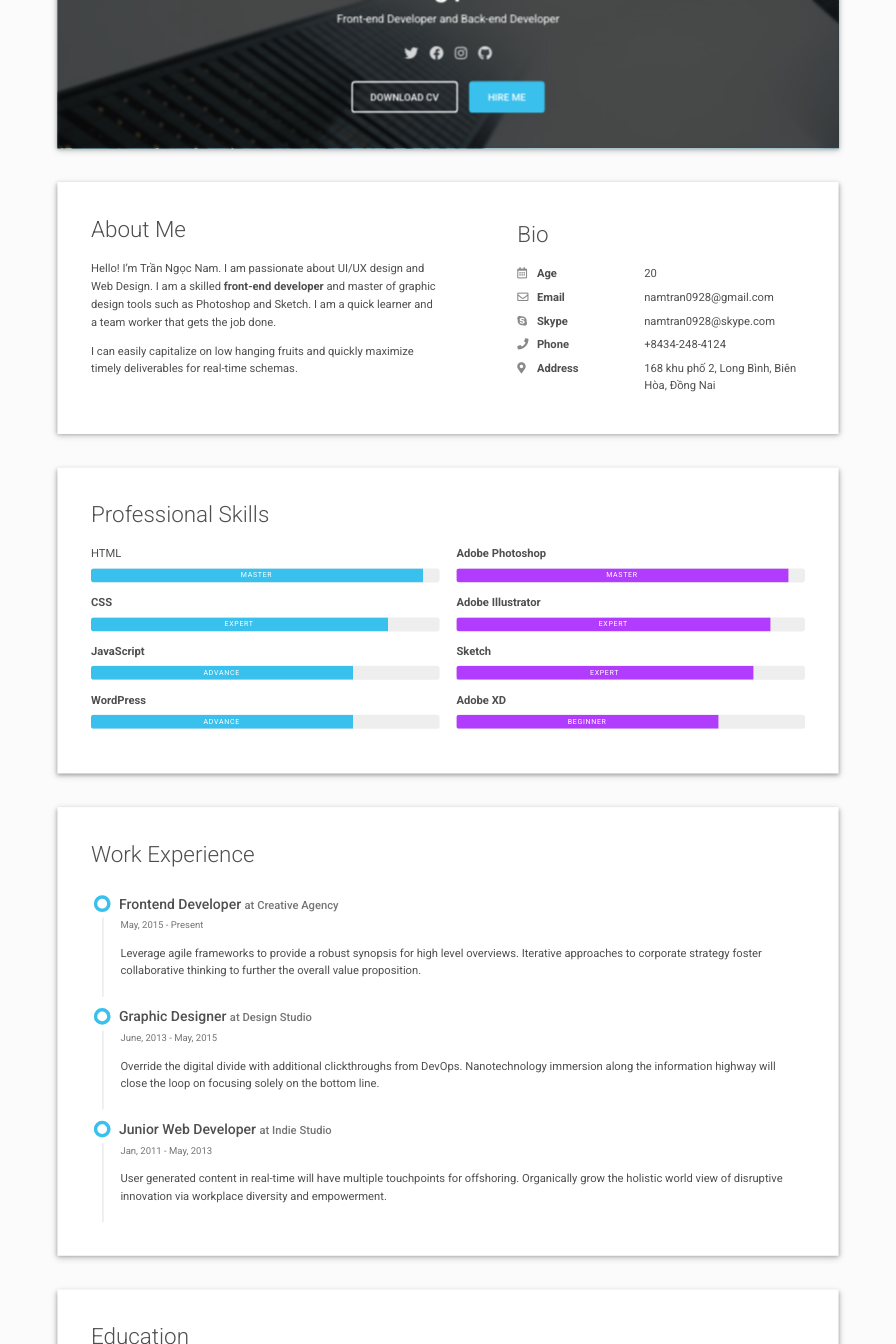
Repository: Namtran3107/CV
Page: index.html
The author's editor kept a copy of each file at every save. The page is drawn from the files as they stood at one save, then again after the next save.
The browser window is 1280 px wide. The pictures show the part of the page from y = 400 to 2320 px (the page is 5347 px tall), at 70% of full size.

Above is the page before, as saved 2023-03-05 20:44:39.

### index.html
<!DOCTYPE html>
<html lang="en-US">
  <head>
    <meta charset="UTF-8">
    <meta http-equiv="X-UA-Compatible" content="IE=edge">
    <meta name="viewport" content="width=device-width, initial-scale=1">
    <title>Material Resume</title>
    <link rel="preconnect" href="https://fonts.gstatic.com" crossorigin="crossorigin"/>
    <link rel="preload" as="style" href="https://fonts.googleapis.com/css2?family=Poppins:wght@600&amp;family=Roboto:wght@300;400;500;700&amp;display=swap"/>
    <link rel="stylesheet" href="https://fonts.googleapis.com/css2?family=Poppins:wght@600&amp;family=Roboto:wght@300;400;500;700&amp;display=swap" media="print" onload="this.media='all'"/>
    <noscript>
      <link rel="stylesheet" href="https://fonts.googleapis.com/css2?family=Poppins:wght@600&amp;family=Roboto:wght@300;400;500;700&amp;display=swap"/>
    </noscript>
    <link href="css/font-awesome/css/all.min.css?ver=1.2.1" rel="stylesheet">
    <link href="css/mdb.min.css?ver=1.2.1" rel="stylesheet">
    <link href="css/aos.css?ver=1.2.1" rel="stylesheet">
    <link href="css/main.css?ver=1.2.1" rel="stylesheet">
    <noscript>
      <style type="text/css">
        [data-aos] {
            opacity: 1 !important;
            transform: translate(0) scale(1) !important;
        }
      </style>
    </noscript>
  </head>
  <body class="bg-light" id="top">
    <header class="d-print-none">
      <div class="container text-center text-lg-left">
        <div class="pt-4 clearfix">
          <h1 class="site-title mb-0">Walter Patterson</h1>
          <div class="site-nav">
            <nav role="navigation">
              <ul class="nav justify-content-center">
                <li class="nav-item"><a class="nav-link" href="#about" title="About"><span class="menu-title">About</span></a>
                </li>
                <li class="nav-item"><a class="nav-link" href="#skills" title="Skills"><span class="menu-title">Skills</span></a>
                </li>
                <li class="nav-item"><a class="nav-link" href="#experience" title="Experience"><span class="menu-title">Experience</span></a>
                </li>
                <li class="nav-item"><a class="nav-link" href="#education" title="Education"><span class="menu-title">Education</span></a>
                </li>
                <li class="nav-item"><a class="nav-link" href="#portfolio" title="Portfolio"><span class="menu-title">Portfolio</span></a>
                </li>
                <li class="nav-item"><a class="nav-link" href="#references" title="References"><span class="menu-title">References</span></a>
                </li>
                <li class="nav-item"><a class="nav-link" href="#contact" title="Contact"><span class="menu-title">Contact</span></a>
                </li>
              </ul>
            </nav>
          </div>
        </div>
      </div>
    </header>
    <div class="page-content">
      <div class="container">
<div class="resume-container">
  <div class="shadow-1-strong bg-white my-5" id="intro">
    <div class="bg-info text-white">
      <div class="cover bg-image"><img src="images/header-background.jpg"/>
        <div class="mask" style="background-color: rgba(0, 0, 0, 0.7);backdrop-filter: blur(2px);">
          <div class="text-center p-5">
            <div class="avatar p-1"><img class="img-thumbnail shadow-2-strong" src="./images/IMG_2092.JPG" width="160" height="160"/></div>
            <div class="header-bio mt-3">
              <div data-aos="zoom-in" data-aos-delay="0">
                <h2 class="h1">Trần Ngọc Nam</h2>
                <p>Front-end Developer and Back-end Developer</p>
              </div>
              <div class="header-social mb-3 d-print-none" data-aos="zoom-in" data-aos-delay="200">
                <nav role="navigation">
                  <ul class="nav justify-content-center">
                    <li class="nav-item"><a class="nav-link" href="https://twitter.com/templateflip" title="Twitter"><i class="fab fa-twitter"></i><span class="menu-title sr-only">Twitter</span></a>
                    </li>
                    <li class="nav-item"><a class="nav-link" href="https://www.facebook.com/templateflip" title="Facebook"><i class="fab fa-facebook"></i><span class="menu-title sr-only">Facebook</span></a>
                    </li>
                    <li class="nav-item"><a class="nav-link" href="https://www.instagram.com/templateflip" title="Instagram"><i class="fab fa-instagram"></i><span class="menu-title sr-only">Instagram</span></a>
                    </li>
                    <li class="nav-item"><a class="nav-link" href="https://github.com/templateflip" title="Github"><i class="fab fa-github"></i><span class="menu-title sr-only">Github</span></a>
                    </li>
                  </ul>
                </nav>
              </div>
              <div class="d-print-none"><a class="btn btn-outline-light btn-lg shadow-sm mt-1 me-3" href="material-resume.pdf" data-aos="fade-right" data-aos-delay="700">Download CV</a><a class="btn btn-info btn-lg shadow-sm mt-1" href="#contact" data-aos="fade-left" data-aos-delay="700">Hire Me</a></div>
            </div>
          </div>
        </div>
      </div>
    </div>
  </div>
  <div class="shadow-1-strong bg-white my-5 p-5" id="about">
    <div class="about-section">
      <div class="row">
        <div class="col-md-6">
          <h2 class="h2 fw-light mb-4">About Me</h2>
          <p>Hello! I’m Trần Ngọc Nam. I am passionate about UI/UX design and Web Design. I am a skilled <strong>front-end developer</strong> and master of graphic design tools such as Photoshop and Sketch. I am a quick learner and a team worker that gets the job done.</p>
          <p>I can easily capitalize on low hanging fruits and quickly maximize timely deliverables for real-time schemas.</p>
        </div>
        <div class="col-md-5 offset-lg-1">
          <div class="row mt-2">
            <h2 class="h2 fw-light mb-4">Bio</h2>
            <div class="col-sm-5">
              <div class="pb-2 fw-bolder"><i class="far fa-calendar-alt pe-2 text-muted" style="width:24px;opacity:0.85;"></i> Age</div>
            </div>
            <div class="col-sm-7">
              <div class="pb-2">20</div>
            </div>
            <div class="col-sm-5">
              <div class="pb-2 fw-bolder"><i class="far fa-envelope pe-2 text-muted" style="width:24px;opacity:0.85;"></i> Email</div>
            </div>
            <div class="col-sm-7">
              <div class="pb-2">namtran0928@gmail.com</div>
            </div>
            <div class="col-sm-5">
              <div class="pb-2 fw-bolder"><i class="fab fa-skype pe-2 text-muted" style="width:24px;opacity:0.85;"></i> Skype</div>
            </div>
            <div class="col-sm-7">
              <div class="pb-2">namtran0928@skype.com</div>
            </div>
            <div class="col-sm-5">
              <div class="pb-2 fw-bolder"><i class="fas fa-phone pe-2 text-muted" style="width:24px;opacity:0.85;"></i> Phone</div>
            </div>
            <div class="col-sm-7">
              <div class="pb-2">+8434-248-4124</div>
            </div>
            <div class="col-sm-5">
              <div class="pb-2 fw-bolder"><i class="fas fa-map-marker-alt pe-2 text-muted" style="width:24px;opacity:0.85;"></i> Address</div>
            </div>
            <div class="col-sm-7">
              <div class="pb-2">168 khu phố 2, Long Bình, Biên Hòa, Đồng Nai</div>
            </div>
          </div>
        </div>
      </div>
    </div>
  </div>
  <div class="shadow-1-strong bg-white my-5 p-5" id="skills">
    <div class="skills-section">
      <h2 class="h2 fw-light mb-4">Professional Skills</h2>
      <div class="row">
        <div class="col-md-6">
          <div class="mb-3"><span class="Node-js">HTML</span>
            <div class="progress my-2 rounded" style="height: 20px">
              <div class="progress-bar bg-info" role="progressbar" data-aos="zoom-in-right" data-aos-delay="100" data-aos-anchor=".skills-section" style="width: 95%;" aria-valuenow="95" aria-valuemin="0" aria-valuemax="100">Master</div>
            </div>
          </div>
          <div class="mb-3"><span class="fw-bolder">CSS</span>
            <div class="progress my-2 rounded" style="height: 20px">
              <div class="progress-bar bg-info" role="progressbar" data-aos="zoom-in-right" data-aos-delay="200" data-aos-anchor=".skills-section" style="width: 85%" aria-valuenow="85" aria-valuemin="0" aria-valuemax="100">Expert</div>
            </div>
          </div>
          <div class="mb-3"><span class="fw-bolder">JavaScript</span>
            <div class="progress my-2 rounded" style="height: 20px">
              <div class="progress-bar bg-info" role="progressbar" data-aos="zoom-in-right" data-aos-delay="300" data-aos-anchor=".skills-section" style="width: 75%" aria-valuenow="75" aria-valuemin="0" aria-valuemax="100">Advance</div>
            </div>
          </div>
          <div class="mb-3"><span class="fw-bolder">WordPress</span>
            <div class="progress my-2 rounded" style="height: 20px">
              <div class="progress-bar bg-info" role="progressbar" data-aos="zoom-in-right" data-aos-delay="300" data-aos-anchor=".skills-section" style="width: 75%" aria-valuenow="75" aria-valuemin="0" aria-valuemax="100">Advance</div>
            </div>
          </div>
        </div>
        <div class="col-md-6">
          <div class="mb-3"><span class="fw-bolder">Adobe Photoshop</span>
            <div class="progress my-2 rounded" style="height: 20px">
              <div class="progress-bar bg-secondary" role="progressbar" data-aos="zoom-in-right" data-aos-delay="400" data-aos-anchor=".skills-section" style="width: 95%" aria-valuenow="95" aria-valuemin="0" aria-valuemax="100">Master</div>
            </div>
          </div>
          <div class="mb-3"><span class="fw-bolder">Adobe Illustrator</span>
            <div class="progress my-2 rounded" style="height: 20px">
              <div class="progress-bar bg-secondary" role="progressbar" data-aos="zoom-in-right" data-aos-delay="400" data-aos-anchor=".skills-section" style="width: 90%" aria-valuenow="90" aria-valuemin="0" aria-valuemax="100">Expert</div>
            </div>
          </div>
          <div class="mb-3"><span class="fw-bolder">Sketch</span>
            <div class="progress my-2 rounded" style="height: 20px">
              <div class="progress-bar bg-secondary" role="progressbar" data-aos="zoom-in-right" data-aos-delay="500" data-aos-anchor=".skills-section" style="width: 85%" aria-valuenow="85" aria-valuemin="0" aria-valuemax="100">Expert</div>
            </div>
          </div>
          <div class="mb-3"><span class="fw-bolder">Adobe XD</span>
            <div class="progress my-2 rounded" style="height: 20px">
              <div class="progress-bar bg-secondary" role="progressbar" data-aos="zoom-in-right" data-aos-delay="600" data-aos-anchor=".skills-section" style="width: 75%" aria-valuenow="75" aria-valuemin="0" aria-valuemax="100">Beginner</div>
            </div>
          </div>
        </div>
      </div>
    </div>
  </div>
  <div class="shadow-1-strong bg-white my-5 p-5" id="experience">
    <div class="work-experience-section">
      <h2 class="h2 fw-light mb-4">Work Experience</h2>
      <div class="timeline">
        <div class="timeline-card timeline-card-info" data-aos="fade-in" data-aos-delay="0">
          <div class="timeline-head px-4 pt-3">
            <div class="h5">Frontend Developer <span class="text-muted h6">at Creative Agency</span></div>
          </div>
          <div class="timeline-body px-4 pb-4">
            <div class="text-muted text-small mb-3">May, 2015 - Present</div>
            <div>Leverage agile frameworks to provide a robust synopsis for high level overviews. Iterative approaches to corporate strategy foster collaborative thinking to further the overall value proposition.</div>
          </div>
        </div>
        <div class="timeline-card timeline-card-info" data-aos="fade-in" data-aos-delay="200">
          <div class="timeline-head px-4 pt-3">
            <div class="h5">Graphic Designer <span class="text-muted h6">at Design Studio</span></div>
          </div>
          <div class="timeline-body px-4 pb-4">
            <div class="text-muted text-small mb-3">June, 2013 - May, 2015</div>
            <div>Override the digital divide with additional clickthroughs from DevOps. Nanotechnology immersion along the information highway will close the loop on focusing solely on the bottom line.</div>
          </div>
        </div>
        <div class="timeline-card timeline-card-info" data-aos="fade-in" data-aos-delay="400">
          <div class="timeline-head px-4 pt-3">
            <div class="h5">Junior Web Developer <span class="text-muted h6">at Indie Studio</span></div>
          </div>
          <div class="timeline-body px-4 pb-4">
            <div class="text-muted text-small mb-3">Jan, 2011 - May, 2013</div>
            <div>User generated content in real-time will have multiple touchpoints for offshoring. Organically grow the holistic world view of disruptive innovation via workplace diversity and empowerment.</div>
          </div>
        </div>
      </div>
    </div>
  </div>
  <div class="shadow-1-strong bg-white my-5 p-5" id="education">
    <div class="education-section">
      <h2 class="h2 fw-light mb-4">Education</h2>
      <div class="timeline">
        <div class="timeline-card timeline-card-success" data-aos="fade-in" data-aos-delay="0">
          <div class="timeline-head px-4 pt-3">
            <div class="h5">Masters in Information Technology <span class="text-muted h6">from International University</span>          </div>
          </div>
          <div class="timeline-body px-4 pb-4">
            <div class="text-muted text-small mb-3">2011 - 2013</div>
            <div>Leverage agile frameworks to provide a robust synopsis for high level overviews. Iterative approaches to corporate strategy foster collaborative thinking to further the overall value proposition.</div>
          </div>
        </div>
        <div class="timeline-card timeline-card-success" data-aos="fade-in" data-aos-delay="200">
          <div class="timeline-head px-4 pt-3">
            <div class="h5">Bachelor of Computer Science <span class="text-muted h6">from Regional College</span>          </div>
          </div>
          <div class="timeline-body px-4 pb-4">
            <div class="text-muted text-small mb-3">2007 - 2011</div>
            <div>Override the digital divide with additional clickthroughs from DevOps. Nanotechnology immersion along the information highway will close the loop on focusing solely on the bottom line.</div>
          </div>
        </div>
        <div class="timeline-card timeline-card-success" data-aos="fade-in" data-aos-delay="400">
          <div class="timeline-head px-4 pt-3">
            <div class="h5">Science and Mathematics <span class="text-muted h6">from Mt. High Scool</span>          </div>
          </div>
          <div class="timeline-body px-4 pb-4">
            <div class="text-muted text-small mb-3">1995 - 2007</div>
            <div>User generated content in real-time will have multiple touchpoints for offshoring. Organically grow the holistic world view of disruptive innovation via workplace diversity and empowerment.</div>
          </div>
        </div>
      </div>
    </div>
  </div>
  <div class="shadow-1-strong bg-white my-5 p-5 d-print-none" id="portfolio">
    <div class="portfolio-section">
      <h2 class="h2 fw-light mb-4">Portfolio</h2>
      <div class="row g-0">
        <div class="col-md-6"><a href="https://dribbble.com/" target="_blank"><img class="img-fluid" src="images/project-1.jpg" width="800" height="500"/></a></div>
        <div class="col-md-6 d-flex align-items-center" data-aos="fade-left" data-aos-delay="100">
          <div class="m-4 mt-md-2">
            <p class="text-teal text-small">Frontend / HTML / CSS / JavaScript</p>
            <h3>Photo Agency Website</h3>
            <p class="text-muted">Built highly performant website front end for a Photography agency. Delivered codebase in HTML, CSS and modern JavaScript.</p>
          </div>
        </div>
      </div>
      <div class="row g-0 portfolio-reverse">
        <div class="col-md-6 d-flex align-items-center" data-aos="fade-right" data-aos-delay="100">
          <div class="m-4 mt-md-2 text-end">
            <p class="text-teal text-small">Graphic Design / Photoshop / Sketch</p>
            <h3>Restaurant Website Design</h3>
            <p class="text-muted">Web design for popular resturant chain involving complex layouts done in both Photoshop and Sketch. Collaborated with back-end and front-end team for finished product.</p>
          </div>
        </div>
        <div class="col-md-6"><a href="https://www.behance.net/" target="_blank"><img class="img-fluid" src="images/project-2.jpg" width="800" height="500"/></a></div>
      </div>
      <div class="row g-0">
        <div class="col-md-6"><a href="https://dribbble.com/" target="_blank"><img class="img-fluid" src="images/project-3.jpg" width="800" height="500"/></a></div>
        <div class="col-md-6 d-flex align-items-center" data-aos="fade-left" data-aos-delay="100">
          <div class="m-4 mt-md-2">
            <p class="text-teal text-small">Frontend / HTML / CSS / JavaScript</p>
            <h3>E-Commerce Website</h3>
            <p class="text-muted">Built highly performant website for an E-commerce Portal. Worked with back-end team to timely deliver codebase in HTML, CSS and modern JavaScript.</p>
          </div>
        </div>
      </div>
    </div>
  </div>
  <div class="shadow-1-strong bg-white my-5 p-5" id="references">
    <div class="reference-section">
      <h2 class="h2 fw-light mb-4">References</h2>
      <div class="row">
        <div class="col-md-6">
          <div class="d-flex mb-2">
            <div class="avatar"><img src="images/reference-image-1.jpg" width="60" height="60"/></div>
            <div class="header-bio m-3 mb-0">
              <h3 class="h6 mb-1" data-aos="fade-left" data-aos-delay="0">Aiyana</h3>
              <p class="text-muted text-small" data-aos="fade-left" data-aos-delay="100">CEO / Web Design Company</p>
            </div>
          </div>
          <div class="d-flex"><i class="text-secondary fas fa-quote-left"></i>
            <p class="lead mx-2" data-aos="fade-left" data-aos-delay="100">Walter displays exemplary professionalism and is able to take on challenges. He learns quickly and is an asset to any team.</p>
          </div>
        </div>
        <div class="col-md-6">
          <div class="d-flex mb-2">
            <div class="avatar"><img src="images/reference-image-2.jpg" width="60" height="60"/></div>
            <div class="header-bio m-3 mb-0">
              <h3 class="h6 mb-1" data-aos="fade-left" data-aos-delay="0">Alexander</h3>
              <p class="text-muted text-small" data-aos="fade-left" data-aos-delay="100">Front-end Developer / Web Design Company</p>
            </div>
          </div>
          <div class="d-flex"><i class="text-secondary fas fa-quote-left"></i>
            <p class="lead mx-2" data-aos="fade-left" data-aos-delay="100">Walter is a great co-worker and problem solver. He is quick to extend his helping hand and makes a good team player.</p>
          </div>
        </div>
      </div>
    </div>
  </div>
  <div class="shadow-1-strong bg-white my-5 p-5" id="contact">
    <div class="contant-section">
      <h2 class="h2 fw-light text mb-4">Contact</h2>
      <div class="row mb-4">
        <div class="col-md-5" data-aos="fade-left" data-aos-delay="200">
          <div class="mt-1">
            <div class="h6"><i class="fas fa-phone pe-2 text-muted" style="width:24px;opacity:0.85;"></i> +0718-111-0011</div>
            <div class="h6"><i class="far fa-envelope pe-2 text-muted" style="width:24px;opacity:0.85;"></i> walter@company.com</div>
          </div>
          <div class="mt-5 d-print-none"><form action="https://formspree.io/your@email.com"
    method="POST">
  <div class="form-outline mb-4">
    <input type="text" id="name" class="form-control" required/>
    <label class="form-label" for="name">Name</label>
  </div>
  <div class="form-outline mb-4">
    <input type="email" id="email" class="form-control" required/>
    <label class="form-label" for="email">Email address</label>
  </div>
  <div class="form-outline mb-4">
    <textarea class="form-control" style="resize: none;" id="message" rows="4" required></textarea>
    <label class="form-label" for="message">Message</label>
  </div>
  <button class="btn btn-info btn-block mb-4" type="submit">Send</button>
</form>
          </div>
        </div>
        <div class="col-md-7 d-print-none" data-aos="zoom-in" data-aos-delay="100"><iframe src="https://www.google.com/maps/embed?pb=!1m18!1m12!1m3!1d496.9774799129763!2d-73.98032087190995!3d40.765927126473905!2m3!1f0!2f0!3f0!3m2!1i1024!2i768!4f13.1!3m3!1m2!1s0x89c258f9cfcb250d%3A0xdb570ddcb766e3a8!2sNew%20York%20City%20Center!5e0!3m2!1sen!2sin!4v1614183731149!5m2!1sen!2sin" width="500" height="400" style="border:0;width:100%;" allowfullscreen="" loading="lazy"></iframe></div>
      </div>
    </div>
  </div>
</div></div>
    </div>
    <footer class="pt-4 pb-4 text-muted text-center d-print-none">
      <div class="container">
        <div class="my-3">
          <div class="h4">Walter Patterson</div>
          <div class="footer-nav">
            <nav role="navigation">
              <ul class="nav justify-content-center">
                <li class="nav-item"><a class="nav-link" href="https://twitter.com/templateflip" title="Twitter"><i class="fab fa-twitter"></i><span class="menu-title sr-only">Twitter</span></a>
                </li>
                <li class="nav-item"><a class="nav-link" href="https://www.facebook.com/templateflip" title="Facebook"><i class="fab fa-facebook"></i><span class="menu-title sr-only">Facebook</span></a>
                </li>
                <li class="nav-item"><a class="nav-link" href="https://www.instagram.com/templateflip" title="Instagram"><i class="fab fa-instagram"></i><span class="menu-title sr-only">Instagram</span></a>
                </li>
                <li class="nav-item"><a class="nav-link" href="https://github.com/templateflip" title="Github"><i class="fab fa-github"></i><span class="menu-title sr-only">Github</span></a>
                </li>
              </ul>
            </nav>
          </div>
        </div>
        <div class="text-small">
          <div class="mb-1">&copy; Material Resume. All rights reserved.</div>
          <div>Design - <a href="https://templateflip.com/" target="_blank">TemplateFlip</a></div>
        </div>
      </div>
    </footer>
    <script src="scripts/mdb.min.js?ver=1.2.1"></script>
    <script src="scripts/aos.js?ver=1.2.1"></script>
    <script src="scripts/main.js?ver=1.2.1"></script>
  </body>
</html>

Loaded but not shown: css/font-awesome/css/all.min.css (library); css/mdb.min.css (library); css/aos.css (library); scripts/mdb.min.js (library); scripts/aos.js (library); scripts/main.js (common file); css/main.css (142 lines, source omitted)

After the next save:
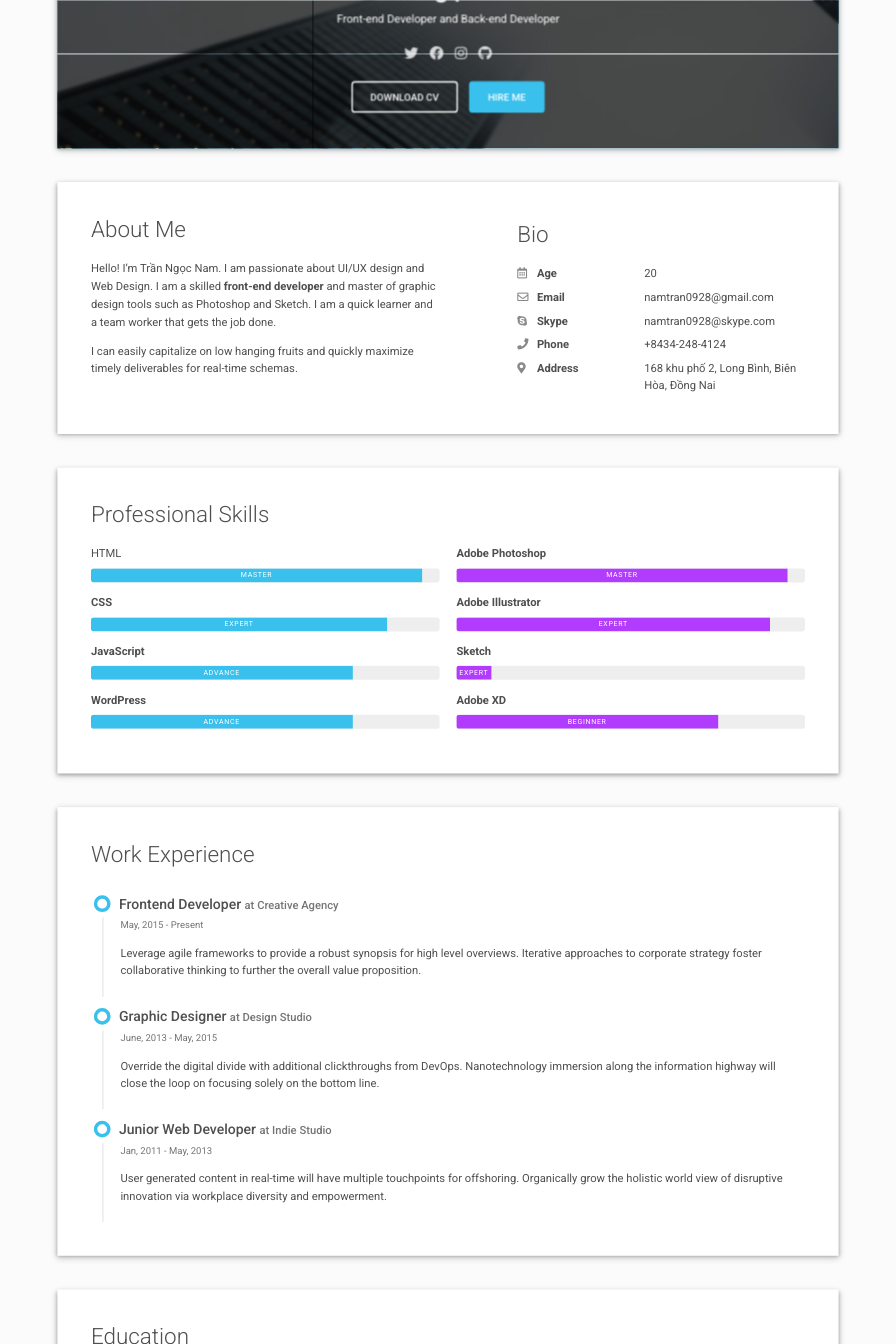
Saved 15 s later.
--- a/index.html
+++ b/index.html
@@ -172,7 +172,7 @@
           </div>
           <div class="mb-3"><span class="fw-bolder">Sketch</span>
             <div class="progress my-2 rounded" style="height: 20px">
-              <div class="progress-bar bg-secondary" role="progressbar" data-aos="zoom-in-right" data-aos-delay="500" data-aos-anchor=".skills-section" style="width: 85%" aria-valuenow="85" aria-valuemin="0" aria-valuemax="100">Expert</div>
+              <div class="progress-bar bg-secondary" role="progressbar" data-aos="zoom-in-right" data-aos-delay="500" data-aos-anchor=".skills-section" style="width: 10%" aria-valuenow="85" aria-valuemin="0" aria-valuemax="100">Expert</div>
             </div>
           </div>
           <div class="mb-3"><span class="fw-bolder">Adobe XD</span>
